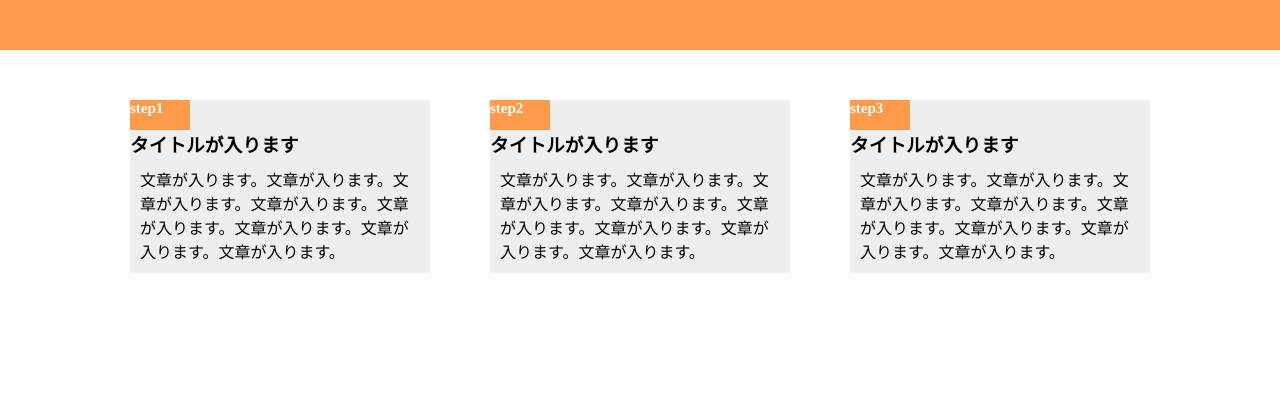
Repository: Kadaisakusei/Bookers2debug-
Page: Assignment1/main.html
The author's editor kept a record of every edit. The page is drawn from the files as they stood at one moment, then again after the next edit.
The browser window is 1280 px wide. The pictures show the whole page.

Above is the page before.

After the next edit:
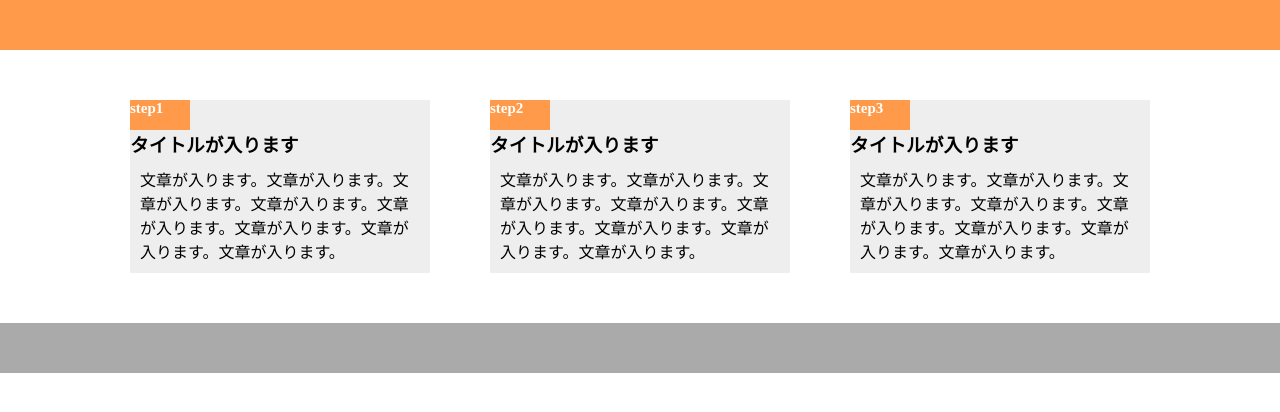
The edit:
--- a/Assignment1/main.html
+++ b/Assignment1/main.html
@@ -35,3 +35,5 @@
 
 
   </main>
+
+<div class="bar-under"></div>
